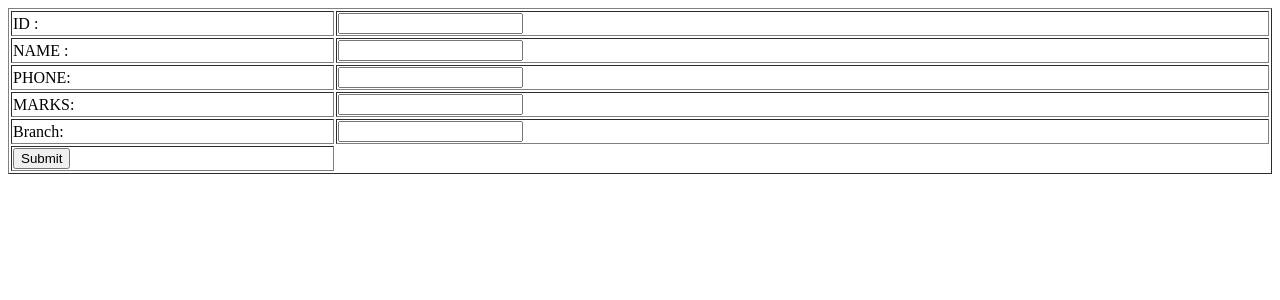
Repository: MayuriShinde124/Mayuri_20136571
Page: Question2StudentRegistrationPage/src/main/webapp/Registration.html
The author's editor kept a copy of each file at every save. The page is drawn from the files as they stood at one save, then again after the next save.
The browser window is 1280 px wide. The pictures show the whole page.

Above is the page before, as saved 2023-07-11 07:36:14.

### Question2StudentRegistrationPage/src/main/webapp/Registration.html
<!DOCTYPE html>
<html>
<head>
<meta charset="ISO-8859-1">
<title>Insert title here</title>

</head>
<body>

<form action="Register">
<table border="1" style="margin-left: auto;
  margin-right: auto;width:100%">
<tr>
<td>
ID :
</td><td><input type="text" name="sid"></td>
<tr>
<td>
NAME :</td><td><input type="text" name="sname"></td>
<tr>
<td>
PHONE:</td><td><input type="text" name="sphone"></td></tr>
<tr><td>
MARKS:
</td><td><input type="text" name="smarks"></td></tr>
<tr><td>
Branch:</td><td><input type="text" name="sbranch"></td></tr>
<tr><td>
<input type="submit" name="click">
</td>
</tr>
</table>
</form>


</body>
</html>

After the next save:
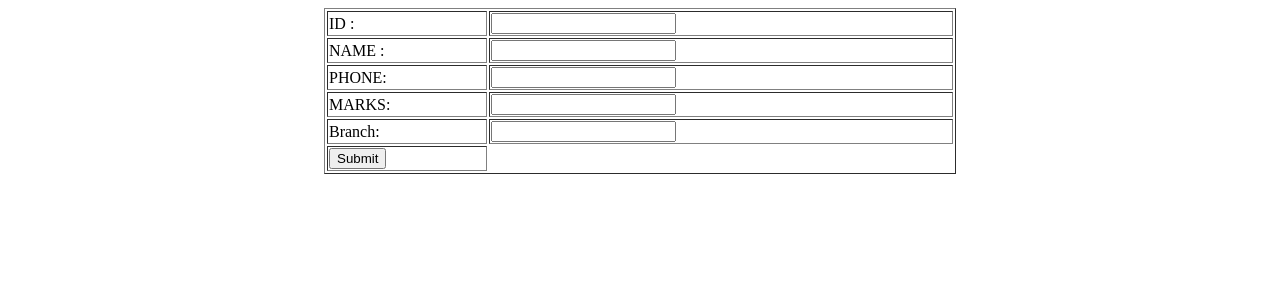
Saved 13 s later.
--- a/Question2StudentRegistrationPage/src/main/webapp/Registration.html
+++ b/Question2StudentRegistrationPage/src/main/webapp/Registration.html
@@ -9,7 +9,7 @@
 
 <form action="Register">
 <table border="1" style="margin-left: auto;
-  margin-right: auto;width:100%">
+  margin-right: auto;width:50%">
 <tr>
 <td>
 ID :
